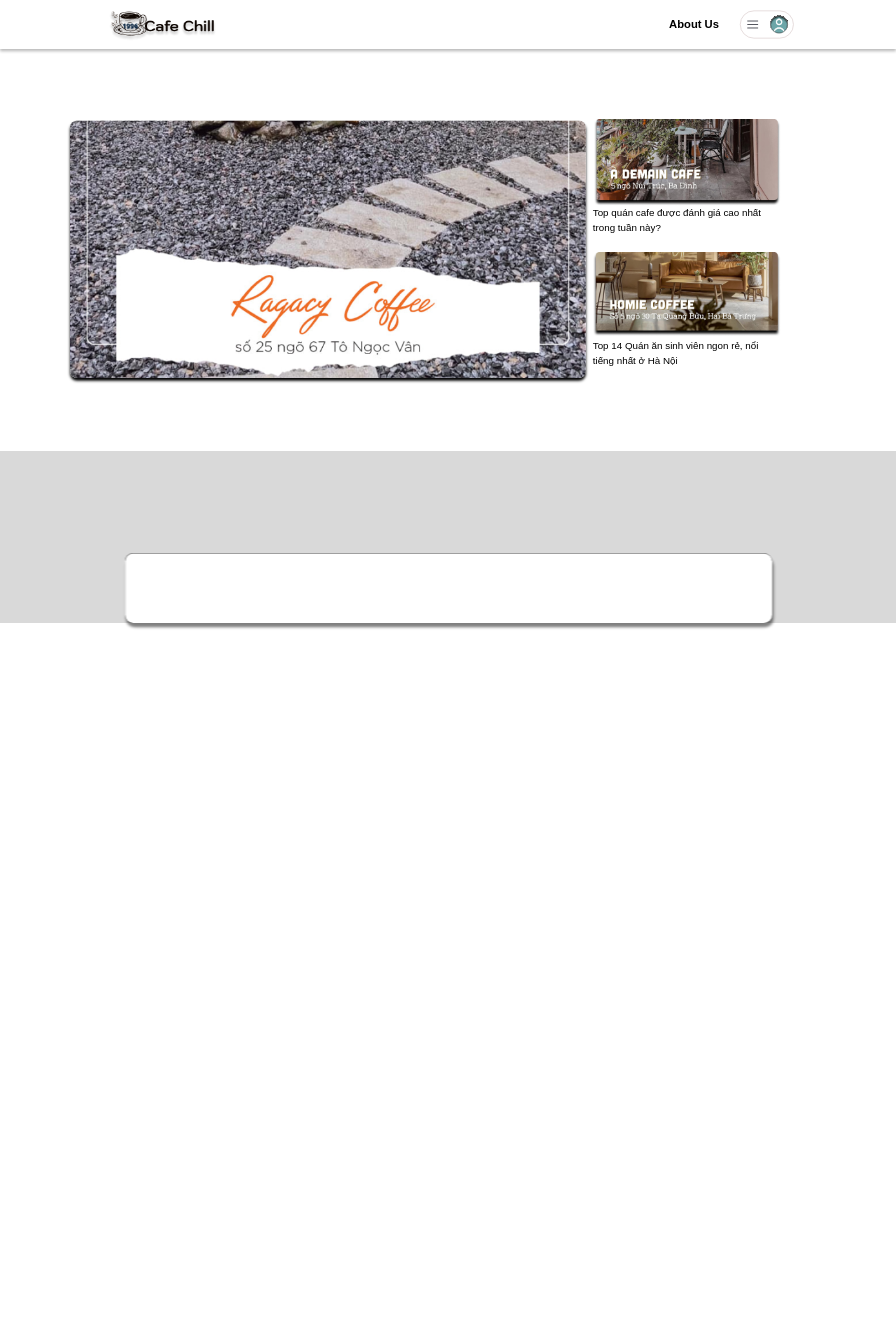
Repository: eriklehnsher/CafeReview-Vue3
Page: /
The author's editor kept a copy of each file at every save. The page is drawn from the files as they stood at one save, then again after the next save.
The browser window is 1280 px wide. The pictures show the part of the page from y = 0 to 1920 px (the page is 7200 px tall), at 70% of full size.
Some web fonts or font styles are not loaded; a fallback is used. The project was rebuilt for these pictures with package versions that can differ from the ones it lists, and the page was loaded fresh each time. Also part of the build but not shown: vue.config.js.

Above is the page before, as saved 2023-10-06 17:04:29.

### public/index.html
<!DOCTYPE html>
<html lang="">
  <head>
    <meta charset="utf-8">
    <meta http-equiv="X-UA-Compatible" content="IE=edge">
    <meta name="viewport" content="width=device-width,initial-scale=1.0">
    <link rel="icon" href="<%= BASE_URL %>LOGO.ico">
    <title><%= htmlWebpackPlugin.options.title %></title>
  </head>
  <body>
    <noscript>
      <strong>We're sorry but <%= htmlWebpackPlugin.options.title %> doesn't work properly without JavaScript enabled. Please enable it to continue.</strong>
    </noscript>
    <div id="app"></div>
    <!-- built files will be auto injected -->
  </body>
</html>

### src/main.js
import "bootstrap/dist/css/bootstrap.css";
import { createApp } from 'vue'
import App from './App.vue'

createApp(App).mount('#app')

import "bootstrap/dist/js/bootstrap.js"

### src/App.vue
<template>
  <Header class="header-app" />
  <HomePage class="homepage-app" />
</template>

<script>
import Header from "./components/Header.vue";
import HomePage from "./components/HomePage.vue";

export default {
  name: "App",
  components: {
    HomePage,
    Header,
  },
};
</script>

<style>
@import url("https://fonts.googleapis.com/css2?family=ABeeZee&display=swap");

body {
  margin: 0px;
}
#app {
  background: #fff;
  height: 1000vh;
  -webkit-font-smoothing: antialiased;
  -moz-osx-font-smoothing: grayscale;

  font-family: "ABeeZee", sans-serif;
}
/* .header-app {
  position: sticky;
  top: 0;
} */

</style>

### src/components/Header.vue
<template>
  <div class="header">
    <div class="container">
      <nav class="navbar navbar-expand-lg">
        <div class="container-fluid">
          <img src="../assets/logo.png" alt="" class="logo" />

          <div class="collapse navbar-collapse" id="navbarSupportedContent">
            <ul class="navbar-nav me-auto mb-2 mb-lg-0"></ul>
            <div class="btn-group">
              <a class="header-about" href="">About Us</a>
              <div
                type="button"
                class="Author"
                data-bs-toggle="dropdown"
                aria-expanded="false"
              >
                <svg
                  xmlns="http://www.w3.org/2000/svg"
                  width="25"
                  height="40"
                  viewBox="0 0 42 40"
                  fill="none"
                >
                  <path
                    d="M8.59375 11.6667H32.6562"
                    stroke="#33363F"
                    stroke-width="2"
                    stroke-linecap="round"
                  />
                  <path
                    d="M8.59375 20H32.6562"
                    stroke="#33363F"
                    stroke-width="2"
                    stroke-linecap="round"
                  />
                  <path
                    d="M8.59375 28.3333H32.6562"
                    stroke="#33363F"
                    stroke-width="2"
                    stroke-linecap="round"
                  />
                </svg>
                <svg
                  width="30"
                  height="50"
                  viewBox="0 0 50 50"
                  fill="none"
                  xmlns="http://www.w3.org/2000/svg"
                >
                  <g filter="url(#filter0_i_102_131)">
                    <path
                      fill-rule="evenodd"
                      clip-rule="evenodd"
                      d="M4.1665 25C4.1665 13.4941 13.4939 4.16669 24.9998 4.16669C36.5058 4.16669 45.8332 13.4941 45.8332 25C45.8332 31.693 42.6771 37.6488 37.7719 41.4603C36.9132 38.9522 35.3321 36.7452 33.2181 35.1231C30.8604 33.314 27.9717 32.3334 24.9998 32.3334C22.028 32.3334 19.1393 33.314 16.7816 35.1231C14.6676 36.7452 13.0865 38.9522 12.2277 41.4603C7.32261 37.6488 4.1665 31.693 4.1665 25ZM32.0006 36.7098C33.9555 38.2098 35.3754 40.297 36.0539 42.6621C32.8501 44.6715 29.0607 45.8334 24.9998 45.8334C20.939 45.8334 17.1496 44.6715 13.9457 42.6621C14.6242 40.297 16.0442 38.2098 17.9991 36.7098C20.0075 35.1687 22.4683 34.3334 24.9998 34.3334C27.5314 34.3334 29.9922 35.1687 32.0006 36.7098ZM19.7498 18.75C19.7498 15.8505 22.1003 13.5 24.9998 13.5C27.8993 13.5 30.2498 15.8505 30.2498 18.75C30.2498 21.6495 27.8993 24 24.9998 24C22.1003 24 19.7498 21.6495 19.7498 18.75ZM24.9998 11.5C20.9958 11.5 17.7498 14.746 17.7498 18.75C17.7498 22.7541 20.9958 26 24.9998 26C29.0039 26 32.2498 22.7541 32.2498 18.75C32.2498 14.746 29.0039 11.5 24.9998 11.5Z"
                      fill="#6CA6A8"
                    />
                  </g>
                  <path
                    d="M37.7719 41.4603L37.2989 41.6223L37.5257 42.2848L38.0787 41.8551L37.7719 41.4603ZM33.2181 35.1231L32.9137 35.5198L33.2181 35.1231ZM16.7816 35.1231L17.0859 35.5198L16.7816 35.1231ZM12.2277 41.4603L11.9209 41.8551L12.4739 42.2848L12.7008 41.6223L12.2277 41.4603ZM36.0539 42.6621L36.3196 43.0857L36.6383 42.8858L36.5346 42.5242L36.0539 42.6621ZM32.0006 36.7098L31.6962 37.1065L32.0006 36.7098ZM13.9457 42.6621L13.4651 42.5242L13.3614 42.8858L13.6801 43.0857L13.9457 42.6621ZM17.9991 36.7098L17.6947 36.3131H17.6947L17.9991 36.7098ZM24.9998 3.66669C13.2178 3.66669 3.6665 13.2179 3.6665 25H4.6665C4.6665 13.7702 13.77 4.66669 24.9998 4.66669V3.66669ZM46.3332 25C46.3332 13.2179 36.7819 3.66669 24.9998 3.66669V4.66669C36.2296 4.66669 45.3332 13.7702 45.3332 25H46.3332ZM38.0787 41.8551C43.1005 37.9529 46.3332 31.8539 46.3332 25H45.3332C45.3332 31.5321 42.2536 37.3446 37.4652 41.0655L38.0787 41.8551ZM32.9137 35.5198C34.9494 37.0818 36.472 39.207 37.2989 41.6223L38.245 41.2984C37.3545 38.6973 35.7148 36.4086 33.5225 34.7264L32.9137 35.5198ZM24.9998 32.8334C27.8616 32.8334 30.6434 33.7776 32.9137 35.5198L33.5225 34.7264C31.0775 32.8503 28.0817 31.8334 24.9998 31.8334V32.8334ZM17.0859 35.5198C19.3563 33.7776 22.1381 32.8334 24.9998 32.8334V31.8334C21.918 31.8334 18.9222 32.8503 16.4772 34.7264L17.0859 35.5198ZM12.7008 41.6223C13.5277 39.207 15.0502 37.0818 17.0859 35.5198L16.4772 34.7264C14.2849 36.4086 12.6452 38.6973 11.7547 41.2984L12.7008 41.6223ZM3.6665 25C3.6665 31.8539 6.89917 37.9529 11.9209 41.8551L12.5345 41.0655C7.74605 37.3446 4.6665 31.5321 4.6665 25H3.6665ZM36.5346 42.5242C35.8266 40.0563 34.3449 37.8784 32.305 36.3131L31.6962 37.1065C33.5661 38.5413 34.9243 40.5377 35.5733 42.8L36.5346 42.5242ZM24.9998 46.3334C29.1574 46.3334 33.0385 45.1436 36.3196 43.0857L35.7883 42.2385C32.6617 44.1995 28.964 45.3334 24.9998 45.3334V46.3334ZM13.6801 43.0857C16.9612 45.1436 20.8423 46.3334 24.9998 46.3334V45.3334C21.0357 45.3334 17.3379 44.1995 14.2114 42.2385L13.6801 43.0857ZM17.6947 36.3131C15.6548 37.8784 14.1731 40.0563 13.4651 42.5242L14.4263 42.8C15.0753 40.5377 16.4336 38.5413 18.3035 37.1065L17.6947 36.3131ZM24.9998 33.8334C22.3582 33.8334 19.7904 34.705 17.6947 36.3131L18.3035 37.1065C20.2246 35.6324 22.5784 34.8334 24.9998 34.8334V33.8334ZM32.305 36.3131C30.2092 34.705 27.6415 33.8334 24.9998 33.8334V34.8334C27.4213 34.8334 29.7751 35.6324 31.6962 37.1065L32.305 36.3131ZM24.9998 13C21.8242 13 19.2498 15.5744 19.2498 18.75H20.2498C20.2498 16.1267 22.3765 14 24.9998 14V13ZM30.7498 18.75C30.7498 15.5744 28.1755 13 24.9998 13V14C27.6232 14 29.7498 16.1267 29.7498 18.75H30.7498ZM24.9998 24.5C28.1755 24.5 30.7498 21.9257 30.7498 18.75H29.7498C29.7498 21.3734 27.6232 23.5 24.9998 23.5V24.5ZM19.2498 18.75C19.2498 21.9257 21.8242 24.5 24.9998 24.5V23.5C22.3765 23.5 20.2498 21.3734 20.2498 18.75H19.2498ZM18.2498 18.75C18.2498 15.0221 21.2719 12 24.9998 12V11C20.7196 11 17.2498 14.4698 17.2498 18.75H18.2498ZM24.9998 25.5C21.2719 25.5 18.2498 22.4779 18.2498 18.75H17.2498C17.2498 23.0302 20.7196 26.5 24.9998 26.5V25.5ZM31.7498 18.75C31.7498 22.4779 28.7278 25.5 24.9998 25.5V26.5C29.28 26.5 32.7498 23.0302 32.7498 18.75H31.7498ZM24.9998 12C28.7278 12 31.7498 15.0221 31.7498 18.75H32.7498C32.7498 14.4698 29.28 11 24.9998 11V12Z"
                    fill="white"
                  />
                  <rect
                    x="4.6665"
                    y="4.66669"
                    width="40.6667"
                    height="40.6667"
                    rx="20.3333"
                    stroke="#222222"
                  />
                  <defs>
                    <filter
                      id="filter0_i_102_131"
                      x="3.6665"
                      y="3.66669"
                      width="42.6665"
                      height="46.6667"
                      filterUnits="userSpaceOnUse"
                      color-interpolation-filters="sRGB"
                    >
                      <feFlood flood-opacity="0" result="BackgroundImageFix" />
                      <feBlend
                        mode="normal"
                        in="SourceGraphic"
                        in2="BackgroundImageFix"
                        result="shape"
                      />
                      <feColorMatrix
                        in="SourceAlpha"
                        type="matrix"
                        values="0 0 0 0 0 0 0 0 0 0 0 0 0 0 0 0 0 0 127 0"
                        result="hardAlpha"
                      />
                      <feOffset dy="4" />
                      <feGaussianBlur stdDeviation="2" />
                      <feComposite
                        in2="hardAlpha"
                        operator="arithmetic"
                        k2="-1"
                        k3="1"
                      />
                      <feColorMatrix
                        type="matrix"
                        values="0 0 0 0 0 0 0 0 0 0 0 0 0 0 0 0 0 0 1 0"
                      />
                      <feBlend
                        mode="normal"
                        in2="shape"
                        result="effect1_innerShadow_102_131"
                      />
                    </filter>
                  </defs>
                </svg>
              </div>
              <ul class="dropdown-menu dropdown-menu-end">
                <li><a class="dropdown-item" href="">LogIn</a></li>
                <li><a class="dropdown-item" href="">Sign In</a></li>
                <li><hr class="dropdown-divider" /></li>
                <li><a class="dropdown-item" href="">LogOut</a></li>
              </ul>
            </div>
          </div>
        </div>
      </nav>
    </div>
  </div>
</template>

<script>
export default {};
</script>

<!-- Add "scoped" attribute to limit CSS to this component only -->
<style scoped>
.header {
  position: sticky;
  top: 0;
  box-shadow: 0px 4px 4px 0px rgba(30, 30, 30, 0.3);
  width: 100%;
  height: 70px;
  background-color: #fff;
  display: flex;
  justify-content: space-between;
  align-items: center;
  transition: 0.6s;
}
.container {
  padding: 10px 5%;
}
.logo {
  width: auto;
  height: 80px;
}
.logo:hover {
  cursor: pointer;
}
a {
  font-size: 16px;
  font-weight: 700;
  text-decoration: none;
  color: #000;
  margin-right: 20px;
}
a:hover {
  color: #000;
}
.Author {
  border-radius: 50px;
  border: 1px solid #dbcfcf;
  background: #fff;
  width: auto;
  height: 40px;
  display: inline-flex;
  flex-direction: row;
  justify-content: space-around;
  align-items: center;
  gap: 10px;
  padding: 5px;
}
.Author:hover {
  cursor: pointer;
  box-shadow: 0px 4px 4px 0px rgba(83, 80, 80, 0.25);
}
.dropdown-menu {
  margin-top: 10px;
  right: 5px;
  border: 1px solid #dbcfcf;
  border-radius: 5px;
  box-shadow: 0px 4px 4px 0px rgba(83, 80, 80, 0.25);
}
.dropdown-item {
  font-size: 14px;
  font-weight: 300;
}
.btn-group {
  display: flex;
  flex-direction: row;
  justify-content: space-around;
  align-items: center;
  gap: 10px;
}
</style>

### src/components/HomePage.vue
<template>
  <div class="homepage">
    <div class="banner">
      <div class="banner-flex d-flex">
        <div class="">
          <img
            src="../assets/images/images-slider1.png"
            class="banner-bg d-block w-100"
            alt="..."
          />
          <!-- <div
            id=""
            class="carousel slide"
            data-bs-ride="carousel"
          >
            <div class="carousel-inner">
              <div class="carousel-item active">
                <img
                  src="../assets/images/images-slider1.png"
                  class="d-block w-100"
                  alt="..."
                />
              </div>
              <div class="carousel-item">
                <img
                  src="../assets/images/images-slider2.png"
                  class="d-block w-100"
                  alt="..."
                />
              </div>
              <div class="carousel-item">
                <img
                  src="../assets/images/images-slider3.png"
                  class="d-block w-100"
                  alt="..."
                />
              </div>
              <div class="carousel-item">
                <img
                  src="../assets/images/images-slider4.png"
                  class="d-block w-100"
                  alt="..."
                />
              </div>
            </div>
          </div> -->
        </div>
        <div class="promo">
          <div class="promo-1">
            <img class="promo-img" src="../assets/images/promo1.png" alt="" />
            <p class="promo-text">
              Top quán cafe được đánh giá cao nhất trong tuần này?
            </p>
          </div>
          <div class="promo-1 mt-4">
            <img class="promo-img" src="../assets/images/promo2.png" alt="" />
            <p class="promo-text">
              Top 14 Quán ăn sinh viên ngon rẻ, nổi tiếng nhất ở Hà Nội
            </p>
          </div>
        </div>
      </div>
    </div>

    <div class="search-box"></div>
    <div class="top-cafe"></div>
  </div>
</template>

<script>
export default {};
</script>

<!-- Add "scoped" attribute to limit CSS to this component only -->
<style scoped>
.homepage {
  display: flex;
  flex-direction: column;
  justify-content: center;
  align-items: center;
 background: linear-gradient(to bottom, #fff 70%, #d9d9d9 10%);
}

.banner {
  padding: 100px 100px;
  height: 100vh;
}

.promo-1:hover {
  cursor: pointer;
}
.promo-text {
  width: 80%;
  height: 100%;
  color: black;
  font-size: 14px;
  font-family: inherit;
  font-weight: 300;
}
.carousel {
  border-radius: 10px;
  box-shadow: 0px 4px 4px 0px #000;
}
.banner-flex {
  display: flex;
  gap: 10px;
  justify-content: center;
  align-items: center;
}
.banner-bg {
  border-radius: 10px;
  box-shadow: 0px 4px 4px 0px #000;
}
.carousel-inner {
  border-radius: 10px;
}
.search-box {
  width: 925px;
  height: 100px;
  border-radius: 12px;
  border-top: 1px solid rgba(0, 0, 0, 0.5);
  border-left: 1px solid rgba(0, 0, 0, 0.5);
  background: #fff;
  box-shadow: 2px 6px 4px 0px rgba(0, 0, 0, 0.5);
  backdrop-filter: blur(2px);
}
.top-cafe {
  background-color: #d9d9d9;
}
</style>

After the next save:
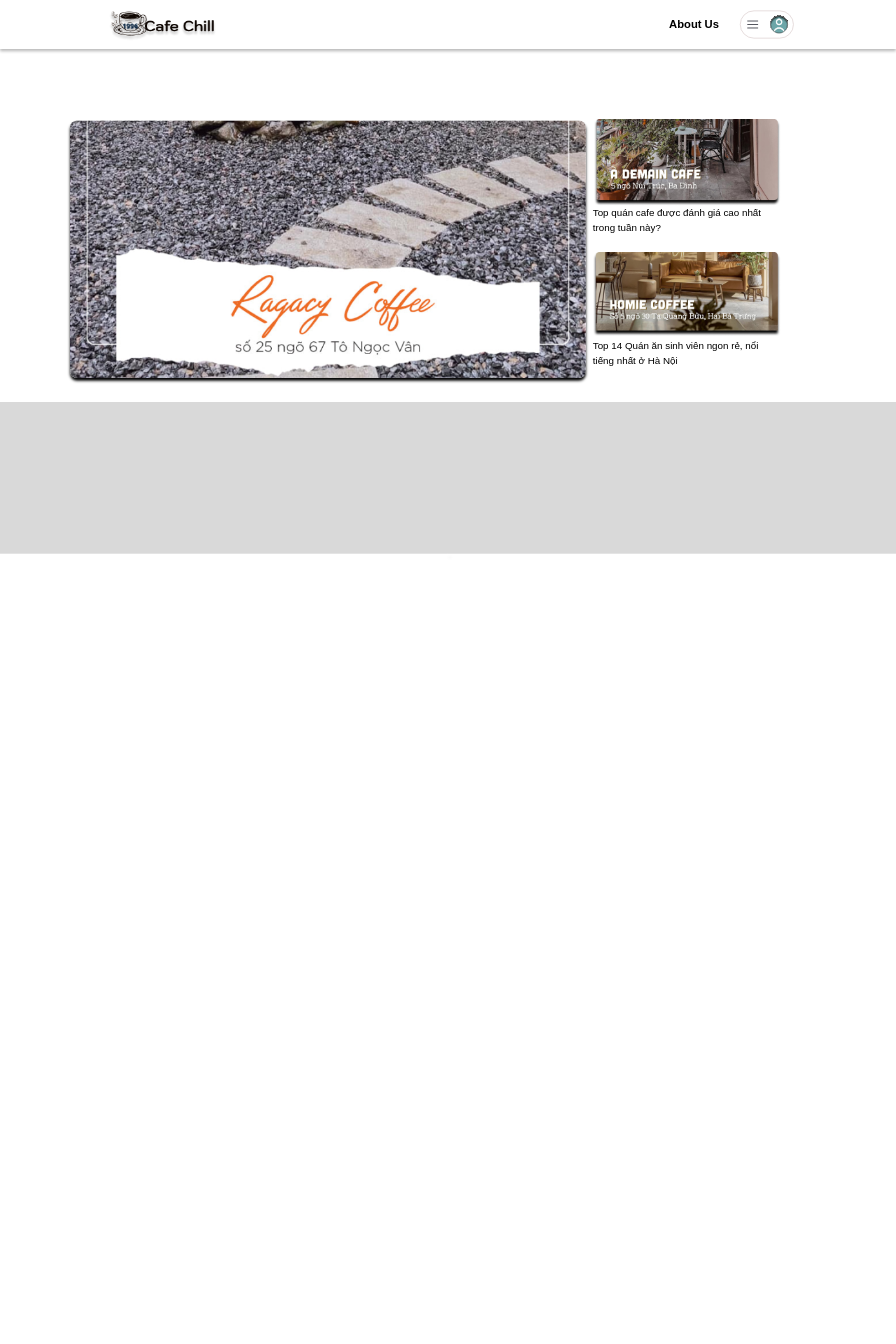
Saved 26 s later.
--- a/src/components/HomePage.vue
+++ b/src/components/HomePage.vue
@@ -115,8 +115,7 @@
   border-radius: 10px;
 }
 .search-box {
-  width: 925px;
-  height: 100px;
+
   border-radius: 12px;
   border-top: 1px solid rgba(0, 0, 0, 0.5);
   border-left: 1px solid rgba(0, 0, 0, 0.5);
